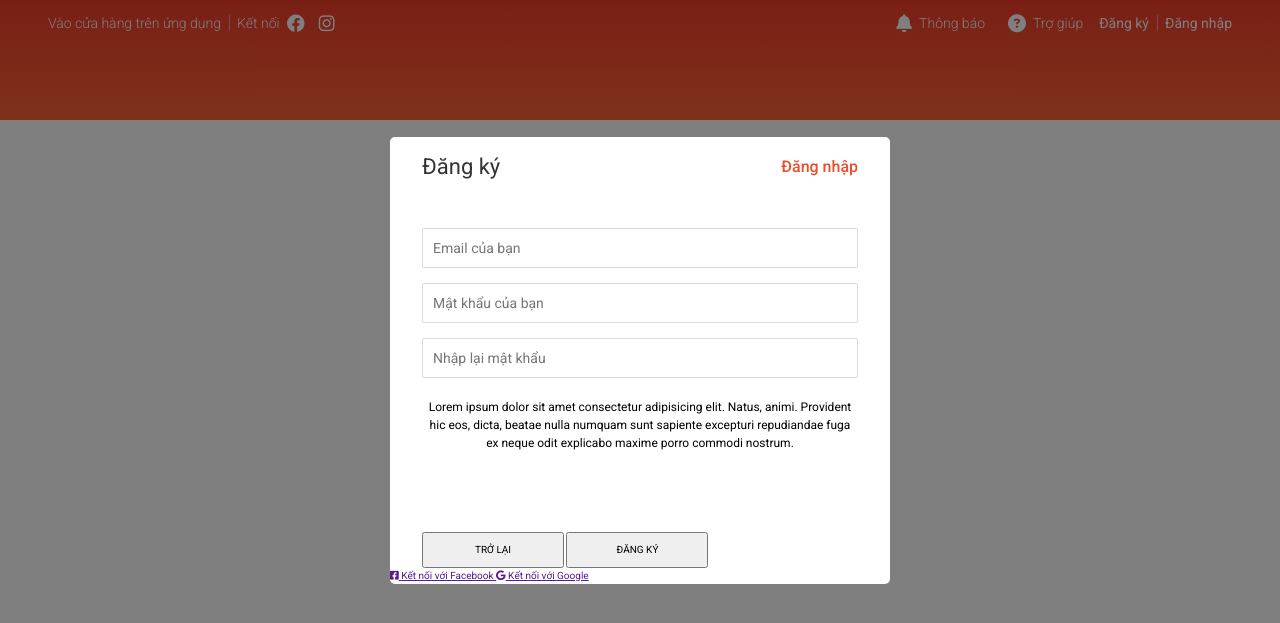
Repository: dptuyen1/F8-Tutorial
Page: index.html
The author's editor kept a copy of each file at every save. The page is drawn from the files as they stood at one save, then again after the next save.
The browser window is 1280 px wide. The pictures show the whole page.

Above is the page before, as saved 2023-05-08 17:11:23.

### index.html
<!DOCTYPE html>
<html lang="en">
  <head>
    <meta charset="UTF-8" />
    <meta http-equiv="X-UA-Compatible" content="IE=edge" />
    <meta name="viewport" content="width=device-width, initial-scale=1.0" />
    <title>Document</title>
    <link
      rel="stylesheet"
      href="https://cdnjs.cloudflare.com/ajax/libs/normalize/8.0.1/normalize.min.css"
      integrity="sha512-NhSC1YmyruXifcj/KFRWoC561YpHpc5Jtzgvbuzx5VozKpWvQ+4nXhPdFgmx8xqexRcpAglTj9sIBWINXa8x5w=="
      crossorigin="anonymous"
      referrerpolicy="no-referrer"
    />
    <link rel="stylesheet" href="assets/css/base.css" />
    <link rel="stylesheet" href="assets/css/main.css" />
    <link
      rel="stylesheet"
      href="assets/fonts/fontawesome-free-6.4.0-web/css/all.min.css"
    />
    <link rel="preconnect" href="https://fonts.googleapis.com" />
    <link rel="preconnect" href="https://fonts.gstatic.com" crossorigin />
    <link
      href="https://fonts.googleapis.com/css2?family=Roboto:wght@300;400;500;700&display=swap"
      rel="stylesheet"
    />
  </head>

  <body>
    <div class="app">
      <header class="header">
        <div class="grid">
          <nav class="header__navbar">
            <ul class="header__navbar-list">
              <li
                class="header__navbar-item header__navbar-item-has-qr header__navbar-item-separate"
              >
                Vào cửa hàng trên ứng dụng
                <div class="header__qr">
                  <img
                    src="assets/img/qr_code.png"
                    alt="QR Cođe"
                    class="header__qr-img"
                  />
                  <div class="header__qr-apps">
                    <a href="" class="header__qr-link">
                      <img
                        src="assets/img/google_play.png"
                        alt="Google Play"
                        class="header__qr-download-img"
                      />
                    </a>
                    <a href="" class="header__qr-link">
                      <img
                        src="assets/img/app_store.png"
                        alt="App Store"
                        class="header__qr-download-img"
                      />
                    </a>
                  </div>
                </div>
              </li>
              <li class="header__navbar-item">
                <span class="header__navbar-title-no-pointer">Kết nối</span>
                <a href="" class="header__navbar-icon-link">
                  <i class="header__navbar-icon fa-brands fa-facebook"></i>
                </a>
                <a href="" class="header__navbar-icon-link">
                  <i class="header__navbar-icon fa-brands fa-instagram"></i>
                </a>
              </li>
            </ul>
            <ul class="header__navbar-list">
              <li class="header__navbar-item header__navbar-item--has-notify">
                <a href="" class="header__navbar-item-link">
                  <a href="" class="header__navbar-icon-link">
                    <i class="header__navbar-icon fa-solid fa-bell"></i> </a
                  >Thông báo
                </a>
                <div class="header__notify">
                  <header class="header__notify-header">
                    <h3>Thông báo mới nhận</h3>
                  </header>
                  <ul class="header__notify-list">
                    <li class="header__notify-item">
                      <a href="" class="header_notify-link">
                        <img
                          src="assets/img/comestic.jpg"
                          alt=""
                          class="header__notify-img"
                        />
                        <div class="header__notify-info">
                          <span class="header_notify-name"
                            >Mỹ phẩm Ohui chính hãng</span
                          >
                          <span class="header__notify-description"
                            >Mô tả mỹ tả Ohui chính hãng</span
                          >
                        </div>
                      </a>
                    </li>
                    <li class="header__notify-item header__notify-item--read">
                      <a href="" class="header_notify-link">
                        <img
                          src="assets/img/comestic.jpg"
                          alt=""
                          class="header__notify-img"
                        />
                        <div class="header__notify-info">
                          <span class="header_notify-name"
                            >Mỹ phẩm Ohui chính hãng</span
                          >
                          <span class="header__notify-description"
                            >Mô tả mỹ tả Ohui chính hãng</span
                          >
                        </div>
                      </a>
                    </li>
                    <li class="header__notify-item">
                      <a href="" class="header_notify-link">
                        <img
                          src="assets/img/comestic.jpg"
                          alt=""
                          class="header__notify-img"
                        />
                        <div class="header__notify-info">
                          <span class="header_notify-name"
                            >Mỹ phẩm Ohui chính hãng</span
                          >
                          <span class="header__notify-description"
                            >Mô tả mỹ tả Ohui chính hãng</span
                          >
                        </div>
                      </a>
                    </li>
                  </ul>
                  <footer class="header__notify-footer">
                    <a href="" class="header__notify-footer-btn">Xem tất cả</a>
                  </footer>
                </div>
              </li>
              <li class="header__navbar-item">
                <a href="" class="header__navbar-item-link">
                  <a href="" class="header__navbar-icon-link">
                    <i
                      class="header__navbar-icon fa-solid fa-circle-question"
                    ></i></a
                  >Trợ giúp
                </a>
              </li>
              <li
                class="header__navbar-item header__navbar-item-bold header__navbar-item-separate"
              >
                Đăng ký
              </li>
              <li class="header__navbar-item header__navbar-item-bold">
                Đăng nhập
              </li>
            </ul>
          </nav>
        </div>
      </header>

      <div class="container"></div>

      <footer class="footer"></footer>
    </div>

    <!-- Modal layout -->
    <div class="modal">
      <div class="modal__overlay"></div>
      <div class="modal__body">
        <div class="modal__inner"></div>

        <!-- Authenticated Form -->
        <form class="auth-form">
          <div class="auth-form__container">
            <div class="auth-form__header">
              <h3 class="auth_form__heading">Đăng ký</h3>
              <span class="auth_form__switch-btn">Đăng nhập</span>
            </div>
            <div class="auth-form__form">
              <div class="auth-form__group">
                <input
                  type="text"
                  class="auth-form__input"
                  placeholder="Email của bạn"
                />
              </div>
              <div class="auth-form__group">
                <input
                  type="password"
                  class="auth-form__input"
                  placeholder="Mật khẩu của bạn"
                />
              </div>
              <div class="auth-form__group">
                <input
                  type="password"
                  class="auth-form__input"
                  placeholder="Nhập lại mật khẩu"
                />
              </div>
            </div>
            <div class="auth-form__aside">
              <p>
                Lorem ipsum dolor sit amet consectetur adipisicing elit. Natus,
                animi. Provident hic eos, dicta, beatae nulla numquam sunt
                sapiente excepturi repudiandae fuga ex neque odit explicabo
                maxime porro commodi nostrum.
              </p>
            </div>
            <div class="auth-form_controls">
              <button class="btn">TRỞ LẠI</button>
              <button class="btn btn--primary">ĐĂNG KÝ</button>
            </div>
          </div>

          <div class="auth-form_socials">
            <a href="" class="btn btn--with-icon">
              <i class="fa-brands fa-square-facebook"></i>
              Kết nối với Facebook
            </a>
            <a href="" class="btn btn--with-icon">
              <i class="fa-brands fa-google"></i>
              Kết nối với Google
            </a>
          </div>
        </form>
      </div>
    </div>
  </body>
</html>

### assets/css/base.css
:root {
  --primary-color: #ee4d2d;
  --white-color: #fff;
  --black-color: #000;
  --text-color: #333;
  --border-color: #dbdbdb;
}

* {
  box-sizing: inherit;
}

html {
  font-size: 62.5%;
  line-height: 1.6rem;
  font-family: "Roboto", sans-serif;
  box-sizing: border-box;
}

.grid {
  width: 1200px;
  max-width: 100%;
  /* căn giữa */
  margin: 0 auto;
}

.grid__full-width {
  width: 100%;
}

.grid__row {
  display: flex;
  flex-wrap: wrap;
}

/* Modal */
.modal {
  position: fixed;
  top: 0;
  right: 0;
  bottom: 0;
  left: 0;
  display: flex;
}

.modal__overlay {
  position: absolute;
  width: 100%;
  height: 100%;
  background-color: rgba(0, 0, 0, 0.5);
}

.modal__body {
  background-color: var(--white-color);
  margin: auto;
  position: relative;
  z-index: 1;
  border-radius: 5px;
}

.modal__inner {
}

/* Button style */
.btn {
  min-width: 142px;
  height: 36px;
}

.btn.btn-primary {
  color: var(--white-color);
  background-color: var(--primary-color);
}

/* Animation */
@keyframes fadeIn {
  from {
    opacity: 0;
  }

  to {
    opacity: 1;
  }
}

@keyframes notifyGrowth {
  from {
    opacity: 0;
    transform: scale(0);
  }

  to {
    opacity: 1;
    transform: scale(1);
  }
}

### assets/css/main.css
.header {
  height: 120px;
  background-image: linear-gradient(0, #fe6433, #f53e2d);
}

.header__navbar {
  display: flex;
  justify-content: space-between;
}

.header__navbar-list {
  list-style: none;
  padding-left: 0;
}

.header__navbar-item {
  margin: 0 8px;
  position: relative;
  min-height: 26px;
}

.header__navbar-item-has-qr:hover .header__qr {
  display: block;
}

.header__navbar-item,
.header__navbar-item-link {
  display: inline-block;
  font-size: 1.4rem;
  color: var(--white-color);
  text-decoration: none;
  font-weight: 300;
}

.header__navbar-list,
.header__navbar-item,
.header__navbar-item-link,
.header__navbar-icon-link {
  display: inline-flex;
  align-items: center;
}

.header__navbar-item:hover,
.header__navbar-item-link:hover,
.header__navbar-icon-link:hover {
  color: rgba(255, 255, 255, 0.5);
  cursor: pointer;
}

.header__navbar-item--has-notify:hover .header__notify {
  display: block;
}

.header__navbar-item-bold {
  font-weight: 400;
}

.header__navbar-item-separate::after {
  content: "";
  display: block;
  position: absolute;
  border-left: 1px solid #fb9086;
  height: 16px;
  right: -9px;
  top: 50%;
  transform: translateY(-50%);
}

.header__navbar-icon-link {
  color: var(--white-color);
  text-decoration: none;
}

.header__navbar-icon {
  font-size: 1.8rem;
  margin: 0 7px;
}

.header__navbar-title-no-pointer {
  cursor: text;
  color: var(--white-color);
}

/* Header QR Code  */
.header__qr {
  width: 185px;
  background-color: var(--white-color);
  position: absolute;
  left: 0;
  /* cao bằng thẻ chứa nó */
  top: 150%;
  padding: 8px;
  border-radius: 2px;
  display: none;
  animation: fadeIn ease-in 0.5s;
}

.header__qr::before {
  content: "";
  display: block;
  position: absolute;
  width: 100%;
  height: 20px;
  left: 0;
  top: -20px;
}

.header__qr-img {
  width: 100%;
}

.header__qr-apps {
  display: flex;
  justify-content: space-between;
}

.header__qr-link:first-child {
  margin-left: 11px;
}

.header__qr-link:last-child {
  margin-right: 11px;
}

.header__qr-download-img {
  height: 15px;
}

/* Header notification */

.header__notify {
  position: absolute;
  top: 150%;
  right: 0;
  width: 405px;
  background-color: var(--white-color);
  border: 1px solid #d3d3d3;
  border-radius: 2px;
  cursor: default;
  transform-origin: top right;
  display: none;
  animation: notifyGrowth ease-in 0.5s;
}

.header__notify::before {
  content: "";
  border-width: 20px 30px;
  border-style: solid;
  border-color: transparent transparent var(--white-color) transparent;
  position: absolute;
  right: 0;
  top: -30px;
}

.header__notify::after {
  content: "";
  display: block;
  position: absolute;
  right: 0;
  top: -20px;
  width: 100%;
  height: 20px;
}

.header__notify-header {
  height: 40px;
  background-color: var(--white-color);
}

.header__notify-header h3 {
  color: #999;
  margin: 0 0 0 12px;
  font-weight: 400;
  font-size: 1.4rem;
  line-height: 40px;
}

.header__notify-list {
  padding-left: 0;
}

.header__notify-item {
  display: flex;
}

.header__notify-item:hover {
  background-color: #f7f7f7;
}

.header__notify-item--read {
  background-color: rgba(238, 77, 45, 0.2);
}

.header_notify-link {
  width: 100%;
  display: flex;
  padding: 12px;
  text-decoration: none;
}

.header__notify-img {
  width: 50px;
  object-fit: contain;
}

.header__notify-info {
  margin-left: 12px;
}

.header_notify-name {
  display: block;
  font-size: 1.4rem;
  color: var(--black-color);
  font-weight: 400;
}

.header__notify-description {
  display: block;
  font-size: 1.2rem;
  line-height: 2rem;
  color: #756f6e;
  margin-top: 10px;
}

.header__notify-footer {
  display: flex;
}

.header__notify-footer-btn {
  text-decoration: none;
  color: var(--text-color);
  margin: 0 auto;
  padding: 10px;
  font-size: 1.4rem;
  font-weight: 400;
}

/* Authenticated modal */
.auth-form {
  width: 500px;
}

.auth-form__container {
  padding: 0 32px;
}

.auth-form__header {
  display: flex;
  align-items: center;
  justify-content: space-between;
}

.auth_form__heading {
  font-size: 2.2rem;
  font-weight: 400;
  color: var(--text-color);
}

.auth_form__switch-btn {
  font-size: 1.6rem;
  color: var(--primary-color);
  font-weight: 500;
  cursor: pointer;
}

.auth-form__form {
  margin-top: 16px;
}

.auth-form__group {
}

.auth-form__input {
  width: 100%;
  height: 40px;
  margin-top: 15px;
  padding: 0 10px;
  font-size: 1.4rem;
  border: 1px solid var(--border-color);
  border-radius: 2px;
  outline: none;
}

.auth-form__input:focus {
  border-color: #777;
}

.auth-form__aside {
  margin-top: 20px;
}

.auth-form__aside p {
  font-size: 1.2rem;
  line-height: 1.8rem;
  text-align: center;
}

.auth-form_controls {
  margin-top: 80px;
}

.btn {
}

.btn--primary {
}

.auth-form_socials {
}

.btn--with-icon {
}

.fa-brands {
}

.fa-square-facebook {
}

.fa-google {
}

Loaded but not shown: assets/fonts/fontawesome-free-6.4.0-web/css/all.min.css (library)

After the next save:
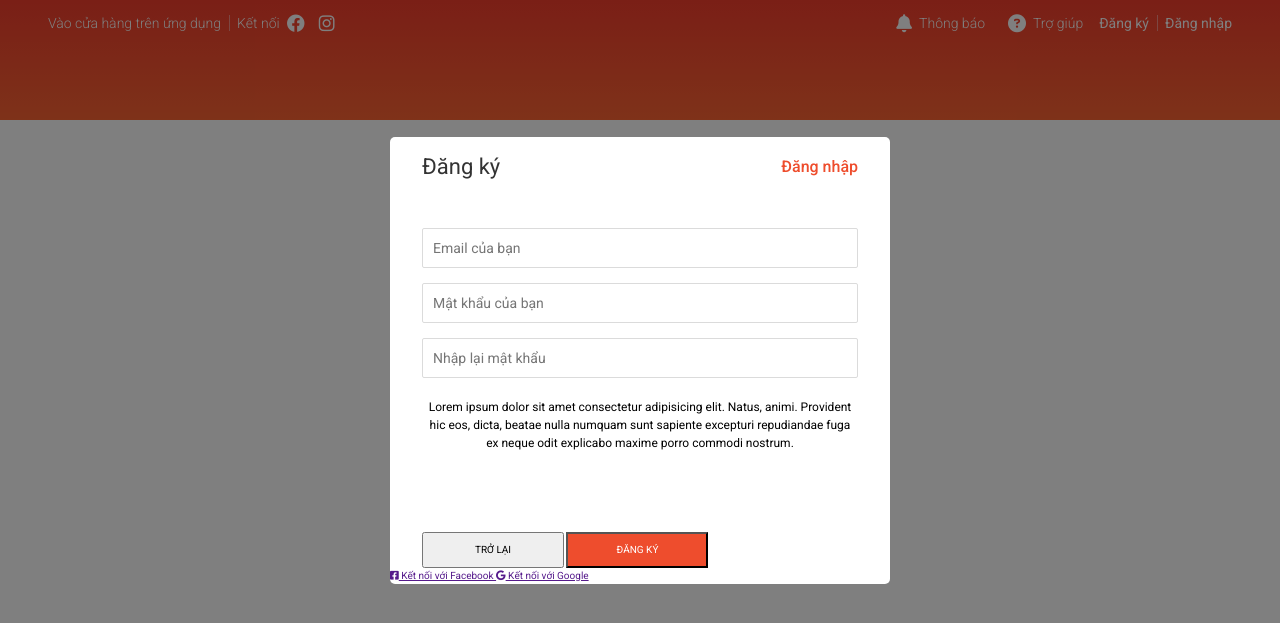
Saved 67 s later.
--- a/assets/css/base.css
+++ b/assets/css/base.css
@@ -67,7 +67,7 @@ html {
   height: 36px;
 }
 
-.btn.btn-primary {
+.btn.btn--primary {
   color: var(--white-color);
   background-color: var(--primary-color);
 }
